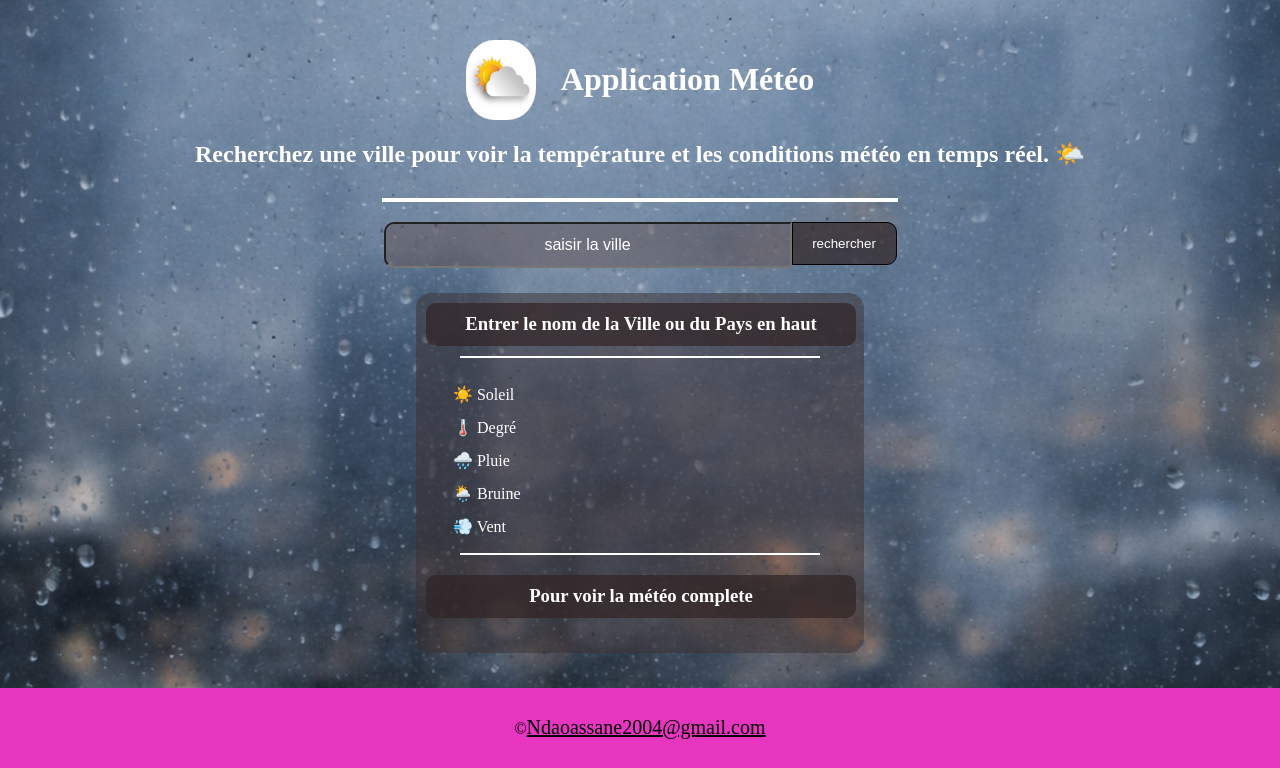
Repository: assanendao171/meteo
Page: index.html
An editor plug-in stored every save of this project. The page is shown before and after a run of saves, followed by the edit.
The browser window is 1280 px wide. The pictures show the whole page.

Above is the page before, as saved 2026-03-16 13:36:57.

After the next 2 saves:
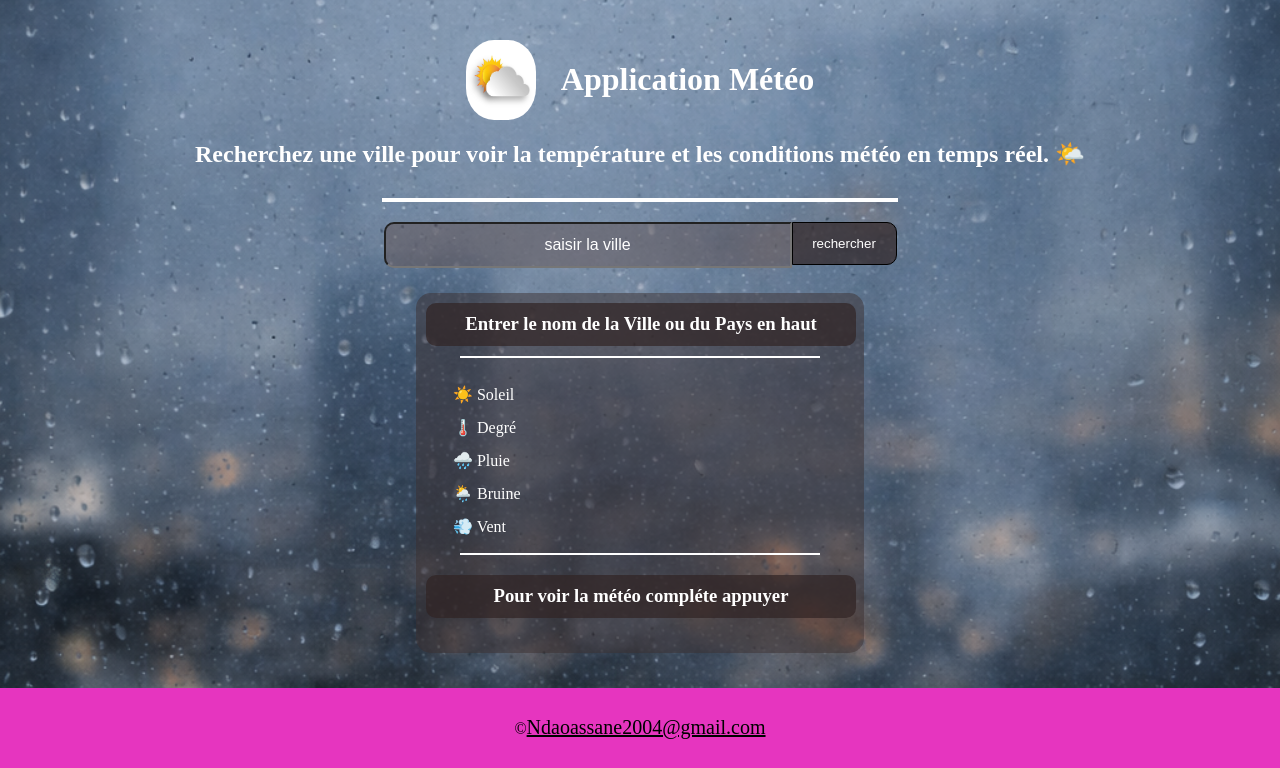
The 2 saves are shown as one change because they came seconds apart.
The last was saved 8 s later.
--- a/index.html
+++ b/index.html
@@ -33,7 +33,7 @@
         </div>
             <hr id="hr">
 <div id="resultat">
-<h3>Pour voir la météo complete </h3>
+<h3>Pour voir la météo compléte appuyer <a href=""></a></h3>
 </div>
     </div>
 
